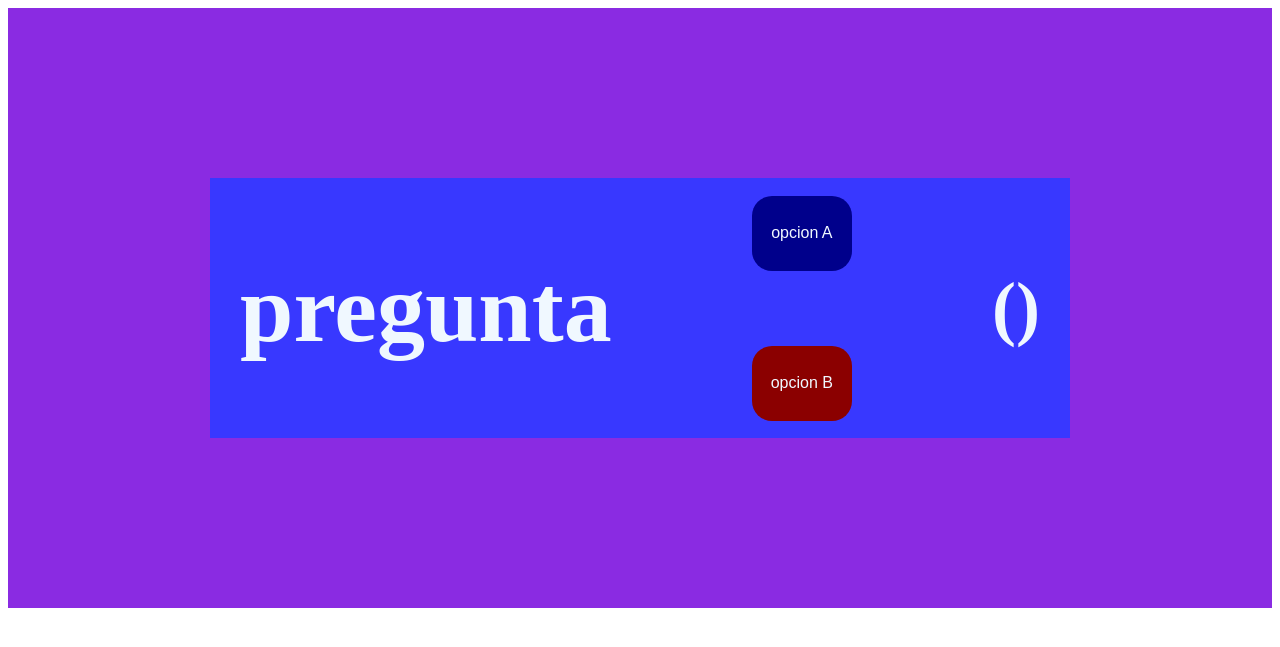
Repository: eschala/Proyecto_Clonaci-n_Kahoot_2023-2
Page: Borrador_Samir_Kahoot_NEW/Prueaba_Validar.html
An editor plug-in stored every save of this project. The page is shown before and after a run of saves, followed by the edit.
The browser window is 1280 px wide. The pictures show the whole page.

Above is the page before, as saved 2023-11-29 13:11:56.

### Borrador_Samir_Kahoot_NEW/Prueaba_Validar.html
<!DOCTYPE html>
<html lang="en">

<head>
    <meta charset="UTF-8">
    <meta name="viewport" content="width=device-width, initial-scale=1.0">
    <title>Document</title>
    <style>

    </style>
    <link rel="stylesheet" href="stylePrueba.css">

</head>

<body>
    <div class="container">

        <div class="sectionContainer">

            <h1 class="tituloClass">
                pregunta
            </h1>

            <div class="section_Buttons">
                <div class="btn_content"><button type="button" class="btn_1 botones">opcion A</button></div>
                <div class="btn_content"><button type="button" class="btn_2 botones">opcion B</button></div>

            </div>
            <h2 class="aviso">
                ()
            </h2>

        </div>

    </div>

    <script src="respuesta_VALIDAR.js"></script>
</body>

</html>

### Borrador_Samir_Kahoot_NEW/stylePrueba.css
.container {

    width: 100%;
    height: 600px;
    background-color: blueviolet;

    display: flex;
    flex-direction: column;

    align-items: center;
    justify-content: center;

}

.sectionContainer {

    height: 200px;
    width: 800px;

    background-color: rgb(56, 56, 255);

    display: flex;
    justify-content: space-between;
    align-items: center;
    color: aliceblue;

    font-size: 3rem;
    padding: 30px;
}

.sub_Container_2 {

    height: 200px;
    width: 800px;

    background-color: red;

    display: flex;

}

.btn_content {
    height: 150px;
    width: 100px;
    display: flex;

    align-items: center;
    justify-content: center;

    cursor: pointer;
}

.btn_1 {
    width: 100%;
    height: 50%;

    background-color:darkblue;
}

.btn_2 {
    width: 100%;
    height: 50%;

    background-color:darkred;
}

.botones:hover{

    opacity: 50%;
    cursor: pointer;
}

.botones{


    color:aliceblue;
    font-size: 1rem;
    cursor: pointer;

    border-radius: 20px;
    border: 0px;
}

### Borrador_Samir_Kahoot_NEW/respuesta_VALIDAR.js
const container_E=document.querySelector(".container");
const sectionContainer_E=document.querySelector(".sectionContainer");
const sub_Container_2_E=document.querySelector(".sub_Container_2");
const btn_1_E=document.querySelector(".btn_1");
const btn_2_E=document.querySelector(".btn_2");

After the next 2 saves:
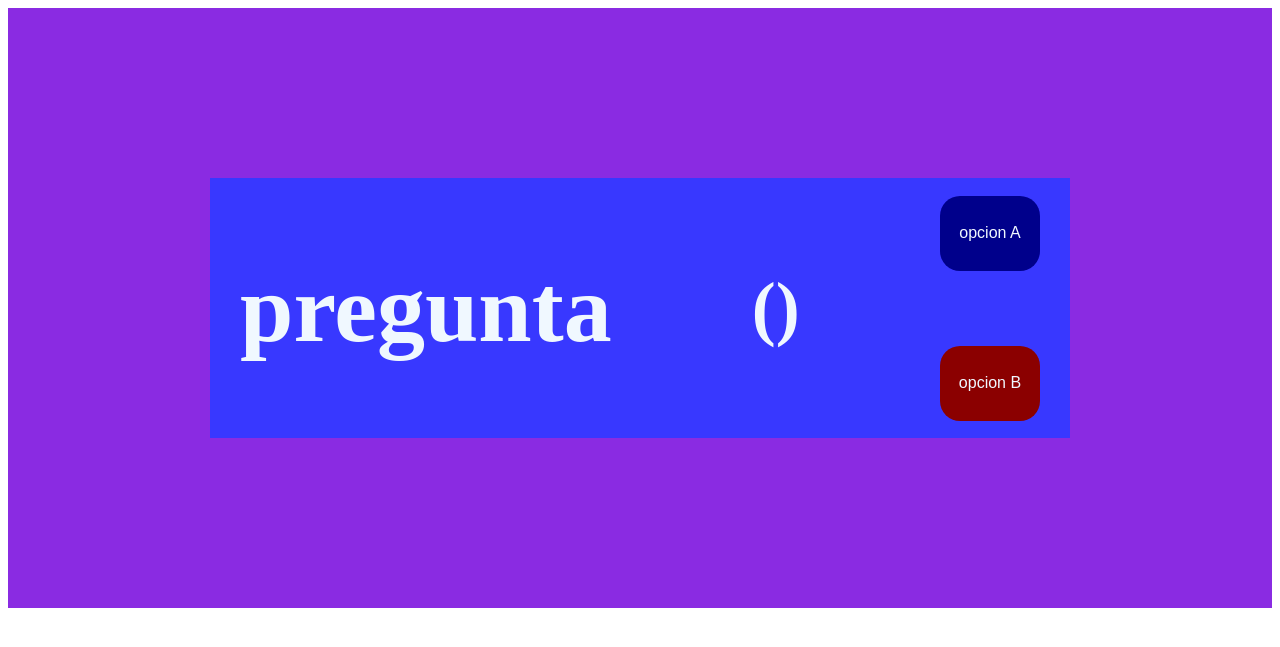
The 2 saves are shown as one change because they came seconds apart.
The last was saved 8 s later.
--- a/Borrador_Samir_Kahoot_NEW/Prueaba_Validar.html
+++ b/Borrador_Samir_Kahoot_NEW/Prueaba_Validar.html
@@ -20,15 +20,16 @@
             <h1 class="tituloClass">
                 pregunta
             </h1>
+            <h2 class="aviso">
+                ()
+            </h2>
 
             <div class="section_Buttons">
                 <div class="btn_content"><button type="button" class="btn_1 botones">opcion A</button></div>
                 <div class="btn_content"><button type="button" class="btn_2 botones">opcion B</button></div>
 
             </div>
-            <h2 class="aviso">
-                ()
-            </h2>
+
 
         </div>
 
